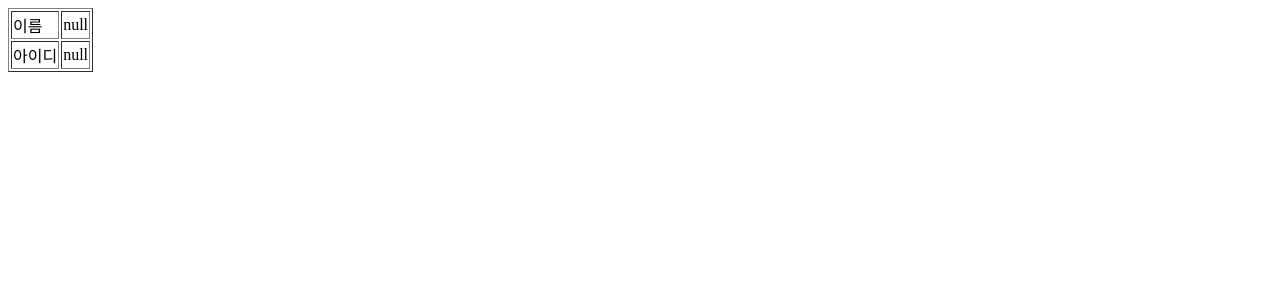
Repository: BancaKim/teamproject4
Page: http://localhost/JspDay3/HiddenTest/IncludeTest3.jsp
These files come from the project's save history. The page is drawn as it stood at one moment and after the next save; the edit follows.
The browser window is 1280 px wide. The pictures show the whole page.
The page is served by Tomcat 9.

Above is the page before, as saved 2024-05-02 01:29:09.

After the next save:
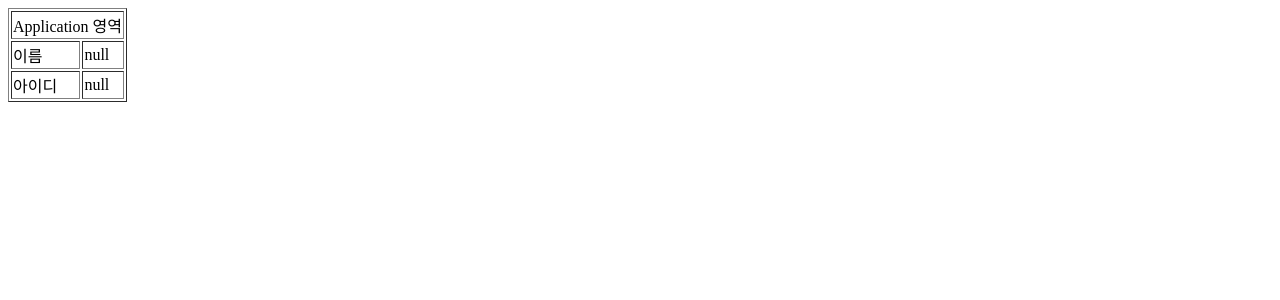
Saved 30 s later.
--- a/JspDay3/src/main/webapp/HiddenTest/IncludeTest3.jsp
+++ b/JspDay3/src/main/webapp/HiddenTest/IncludeTest3.jsp
@@ -18,6 +18,9 @@
 
 %>
 <table border=1>
+<tr>
+<td colspan="2">Application 영역</td>
+</tr>
 <tr>
 	<td>이름</td>
 	<td><%=application.getAttribute("name") %></td>
